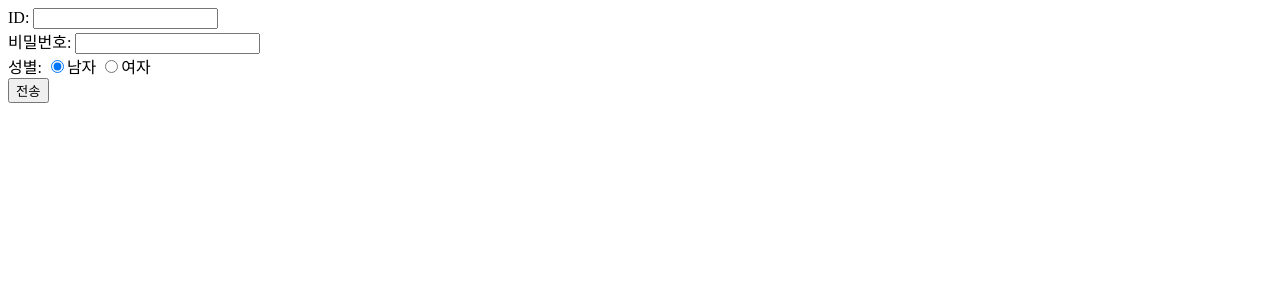
Repository: hrk09/JSPServlet
Page: edu/WebContent/formTest.html
These files come from the project's save history. The page is drawn as it stood at one moment and after the next save; the edit follows.
The browser window is 1280 px wide. The pictures show the whole page.

Above is the page before, as saved 2022-06-28 02:10:52.

After the next save:
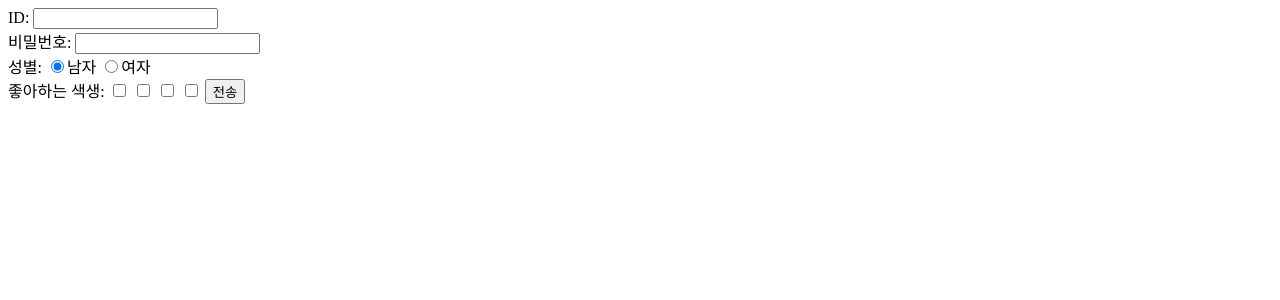
Saved 68 s later.
--- a/edu/WebContent/formTest.html
+++ b/edu/WebContent/formTest.html
@@ -11,6 +11,11 @@
 		성별:
 			<input type="radio" name="gender" value="male" checked="checked">남자
 			<input type="radio" name="gender" value="female" >여자	<br>
+		좋아하는 색생:
+			<input type="checkbox" name="color" value="red">
+			<input type="checkbox" name="color" value="orange">
+			<input type="checkbox" name="color" value="yellow">
+			<input type="checkbox" name="color" value="green">
 
 		<input type="submit" value="전송"> <!-- submit: form에서 받은 정보 전달하는 역할 -->
 	</form>
